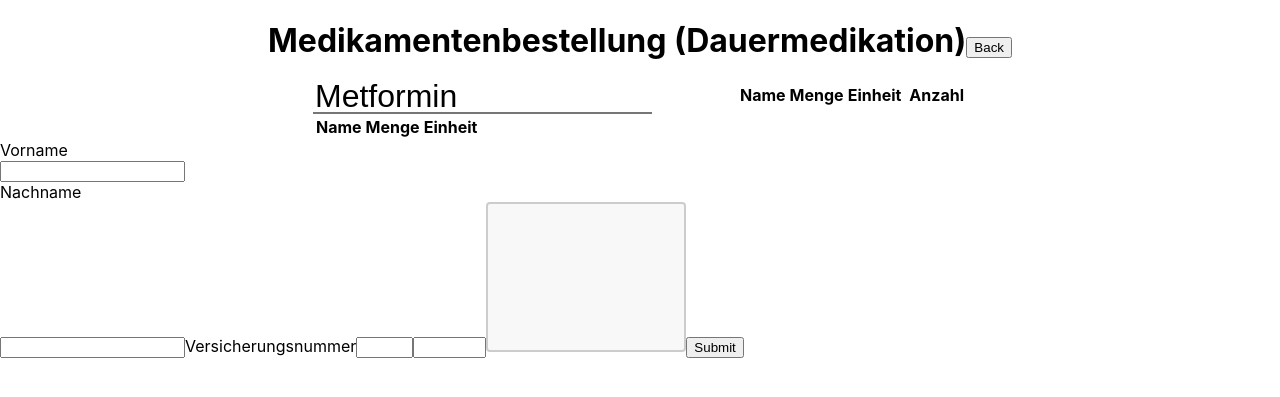
Repository: Esatollah/MedDemo
Page: / (app in client/)
The author's editor kept a copy of each file at every save. The page is drawn from the files as they stood at one save, then again after the next save.
The browser window is 1280 px wide. The pictures show the whole page.
The page's requests for data from a server got no answer. The project was rebuilt for these pictures with package versions that can differ from the ones it lists, and the page was loaded fresh each time. No one was signed in, and anything a server would have sent is missing. Also part of the build but not shown: client/src/App.css, client/src/Routes/Bestellungen.jsx.

Above is the page before, as saved 2022-06-09 15:39:35.

### client/src/App.js
import './App.css';
import SearchBar from './Routes/Search';
import {BrowserRouter, Routes, Route} from 'react-router-dom'
import Bestellungen from './Routes/Bestellungen';
import ReactModal from 'react-modal';

ReactModal.setAppElement('#root')
function App() {
  return (
    <BrowserRouter>
    <Routes>
      <Route path='/' element={<div><SearchBar/></div>}/>
      <Route path='/bestellungen' element={<div><Bestellungen/></div>}/>
    </Routes>
    </BrowserRouter>
  );
}

export default App;

### client/src/Routes/Search.jsx
import React, { useState, useEffect } from 'react'
import DrugAPI from '../api/DrugAPI';
import Form from '../components/Form';
import './Search.css'


const Search = () => {

  const [searchinput, setSearchinput] = useState("Metformin");
  const [drugs, setDrugs] = useState([]);
  const [cartitems, setCartitems] = useState([]);

  useEffect(() => {
    const fetchData = async () => {
      try {
        const result = await DrugAPI.get(`/?drugsearch=${searchinput}`)
        setDrugs(result.data.meds)
      } catch (err) {
        console.error(err);
      }
    }

    fetchData();

  }, [searchinput])

  const handleDrugClick = (e, x) => {
    const is_in_cart = cartitems.some(y => {
      if (y.id === x.id) {
        return true;
      }

      return false;
    })

    if (is_in_cart) {
      return
    }
    let temp = { ...x, anzahl: "1" }
    setCartitems([...cartitems, temp]);
  }

  const handleDelete = (e, x, index) => {
    let temp = [...cartitems]

    temp.splice(index, 1);

    setCartitems(temp);
  }

  const handleCountchange = (e, x, index) => {
    let temps = [...cartitems]
    let temp = {
      ...temps[index],
      anzahl: e.target.value
    }
    temps[index] = temp
    setCartitems(temps);

  }


  return (
    <>
      <h1>Medikamentenbestellung (Dauermedikation)<a href='/bestellungen'><button >Back</button></a></h1>
      <div className='order-container'>
        <div className='search-container'>
          <input type="search" placeholder="Suche" id="search" value={searchinput} onChange={e => setSearchinput(e.target.value)} />
          <div className='table-container'>
            <table className='drugtable'>
              <thead>
                <tr>
                  <th scope='col'>
                    Name
                  </th>
                  <th scope='col'>Menge</th>
                  <th scope='col'>Einheit</th>
                  <th scope='col'></th>
                </tr>
              </thead>
              <tbody>
                {drugs && drugs.map((x) => {
                  return (
                    <tr key={x.id} className="drug-row" >
                      <td className={x.name}>{x.name}</td>
                      <td>{x.menge}</td>
                      <td>{x.mengenart}</td>
                      <td><button onClick={(e) => { handleDrugClick(e, x) }}>+</ button></td>
                    </tr>
                  )
                })}
              </tbody>

            </table>
          </div>
        </div>

        <div className='cart-container'>
          <table>
            <thead>
              <tr>
                <th scope='col'>
                  Name
                </th>
                <th scope='col'>Menge</th>
                <th scope='col'>Einheit</th>
                <th scope='col'></th>
                <th scope='col'>Anzahl</th>
              </tr>
            </thead>
            <tbody>
              {cartitems && cartitems.map((x, index) => {
                if (x.abgabezahl) {
                  return (
                    <tr key={index} className="drug-row" >
                      <td>{x.name}</td>
                      <td>{x.menge}</td>
                      <td>{x.mengenart}</td>
                      <td><button onClick={(e) => handleDelete(e, x, index)}>-</button></td>
                      <td><select onChange={(e) => { handleCountchange(e, x, index) }}><option value="1">1</option><option value="2">2</option></select></td>
                    </tr>
                  )
                }
                return (
                  <tr key={index} className="drug-row" >
                    <td>{x.name}</td>
                    <td>{x.menge}</td>
                    <td>{x.mengenart}</td>
                    <td><button onClick={(e) => handleDelete(e, x, index)}>-</button></td>
                    <td>1</td>
                  </tr>
                )
              })}
            </tbody>
          </ table>
        </div>
      </div>

      <Form cartitems={cartitems} setCartitems={setCartitems} />
    </>
  )
}

export default Search

### client/src/api/DrugAPI.js
import axios from 'axios'

export default axios.create({
    baseURL: "http://localhost:5000/api"
})

### client/src/components/Form.jsx
import React, {useState}from 'react'
import DrugAPI from '../api/DrugAPI'
import './Form.css'

const Form = props => {

    const [fname, setFname] = useState('');
    const [lname, setLname] = useState('');
    const [vpin, setVpin] = useState('');
    const [vbday, setVbday] = useState('');
    const [anmerkungen, setAnmerkungen] = useState('');

    const handleSubmit = (e) => {

        e.preventDefault();
        const formdata = {
            fname,
            lname,
            vpin,
            vbday,
            anmerkungen
        }

        const fetchData = async () =>{
            try {
            await DrugAPI.post("/", {drugs:{...props.cartitems}, ...formdata})
            } catch (error) {
                console.error(error);
            }
    }

    fetchData();

    setFname('');setLname('');setVpin('');setVbday('');setAnmerkungen('');
    props.setCartitems([]);

}


  return (
    <div>
        <form onSubmit={(e) =>handleSubmit(e)}>
            <label htmlFor="fname">Vorname</label><br/>
            <input type="text" value={fname} id="fname" name="fname" onChange={(e)=> setFname(e.target.value)}required/><br/>
            <label htmlFor="lname">Nachname</label><br />
            <input type="text" id="lname" value={lname} onChange={(e) => setLname(e.target.value)}name="lname" required />
            <label htmlFor="pin">Versicherungsnummer</label>
            <input type="text" id="pin" value={vpin} onChange={(e) => setVpin(e.target.value)} name="pin" size="4" minLength="4"maxLength="4" required/>
            <input type="text" id="bday" value={vbday} onChange={(e) => setVbday(e.target.value)} name="bday" size="6" minLength={6} maxLength={6} required/>
            <textarea value={anmerkungen} onChange={(e) => setAnmerkungen(e.target.value)} name="message" rows="10" cols="30" className='textarea'>
            </textarea>
            <input type="submit" value="Submit" ></input><br />
        </form>
    </div>

  )
}

export default Form

### client/src/Routes/Search.css
#search {
    width:80%;
    height: 2rem;
    outline:none;
    border-top: hidden;
    border-right: hidden;
    border-left: hidden;
    font-size: 2rem;
}

.table-container {
    max-height: 200px;
    max-width: 80%;
    min-width:80%;
    overflow-y: auto;
}

h1 {
    display:flex;
    justify-content: center;
}

.order-container {
    justify-content: center;
    display: flex;
    flex-direction: row;
}

.search-container {
    max-width:40%;
}

.drug-row:hover {
    background-color: beige;
}

### client/src/components/Form.css
.textarea {
    width: 200px;
    height: 150px;
    padding: 12px 20px;
    box-sizing: border-box;
    border: 2px solid #ccc;
    border-radius: 4px;
    background-color: #f8f8f8;
    resize: none;
  }

Loaded but not shown: client/public/index.html (common file); client/src/index.js (common file); client/src/index.css (common file)

After the next save:
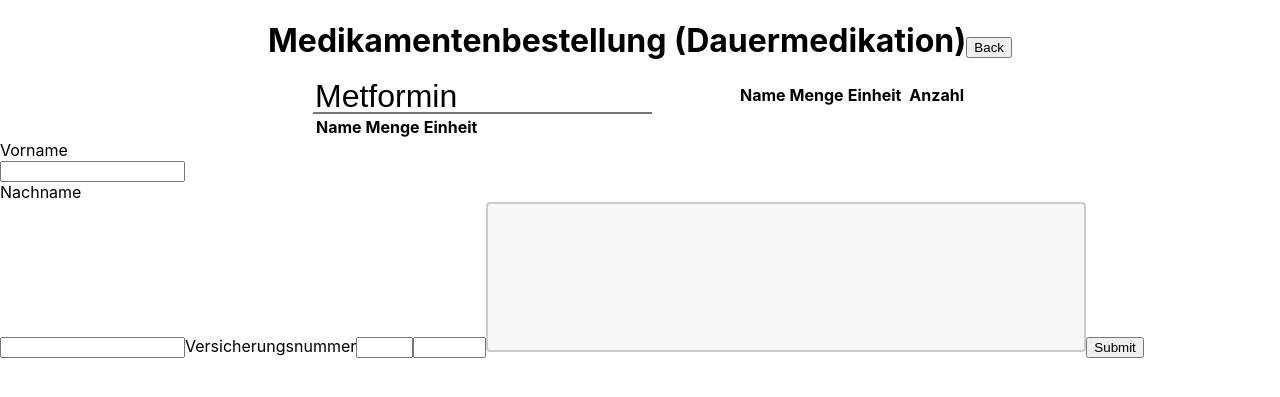
Saved 14 s later.
--- a/client/src/components/Form.css
+++ b/client/src/components/Form.css
@@ -1,5 +1,5 @@
 .textarea {
-    width: 200px;
+    width: 600px;
     height: 150px;
     padding: 12px 20px;
     box-sizing: border-box;
